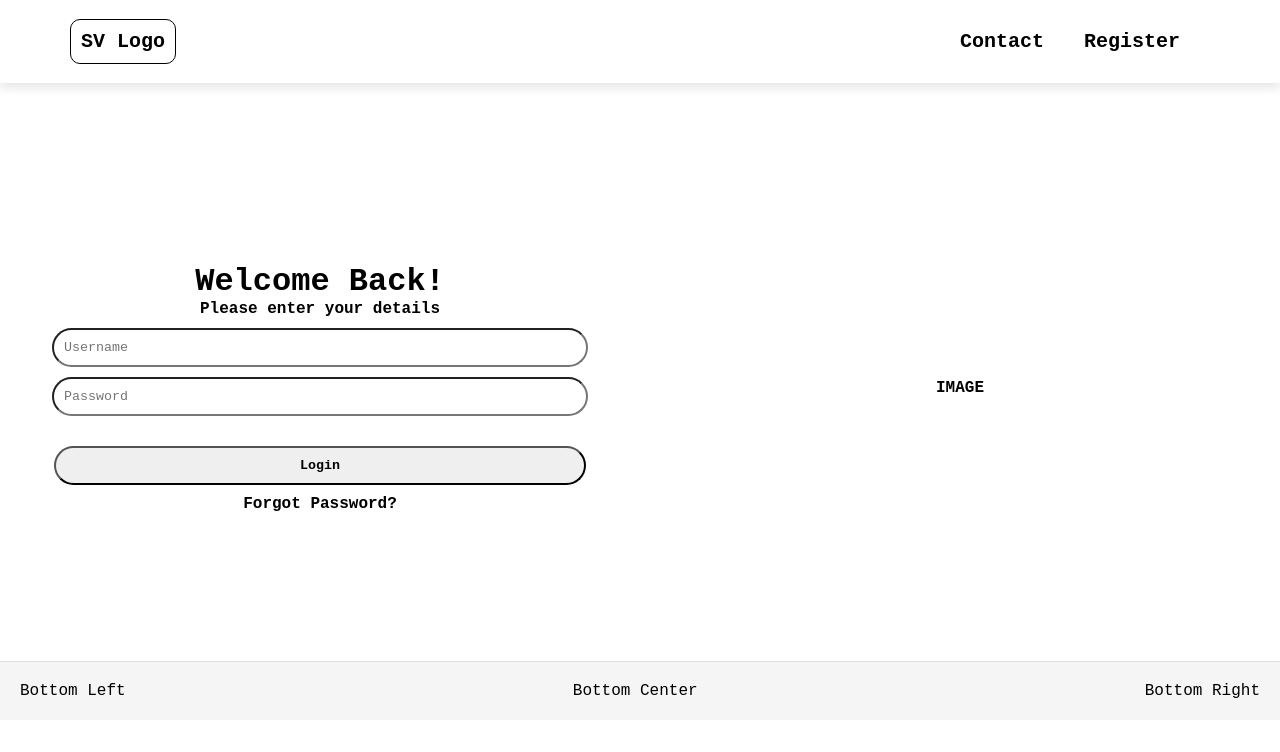
Repository: BuddhimaB/SecureVisionAI
Page: / (app in client/)
These files come from the project's save history. The page is drawn as it stood at one moment and after the next save; the edit follows.
The browser window is 1280 px wide. The pictures show the whole page.
The project was rebuilt for these pictures with package versions that can differ from the ones it lists, and the page was loaded fresh each time.

Above is the page before, as saved 2024-07-13 19:28:12.

### client/public/index.html
<!DOCTYPE html>
<html lang="en">
  <head>
    <meta charset="utf-8" />
    <link rel="icon" href="%PUBLIC_URL%/favicon.ico" />
    <meta name="viewport" content="width=device-width, initial-scale=1" />

    <meta
      name="description"
      content="Web site created using create-react-app"
    />
    <link rel="preconnect" href="https://fonts.googleapis.com">
<link rel="preconnect" href="https://fonts.gstatic.com" crossorigin>
<link href="https://fonts.googleapis.com/css2?family=Roboto:ital,wght@0,100;0,300;0,400;0,500;0,700;0,900;1,100;1,300;1,400;1,500;1,700;1,900&display=swap" rel="stylesheet">
<link rel="stylesheet" href="style.css">
    <title>SecureVision App</title>
  </head>
  <body>
    <noscript>You need to enable JavaScript to run this app.</noscript>
    <div id="root"></div>

  </body>
</html>

### client/src/App.js
import Login from "./Pages/Login/login";

function App() {
  return (
    <div className="App">
      <Login />
    </div>
  );
}

export default App;

### client/src/Pages/Login/login.jsx
import './Login.css'
import Topbar from '../../components/Topbar/Topbar'
import Bottom from '../../components/BottomDetails/Bottom'

export default function Login() {
  return (
    <div>
      <Topbar />
      <div className='feedContainer'>
        <div className="feedLeft">
          <h1>Welcome Back!</h1>
          <h4> Please enter your details</h4>
          <div className="inputField">
          <input
          className='inputField'
          type="text"
          placeholder="Username" />

          <input className='inputField'
          type="password"
          placeholder="Password" />
          </div>
          <button className="loginButton">Login</button>
          <span className='fogotPass'>Forgot Password?</span>
        </div>

        <div className="feedRight">
          <h4>IMAGE</h4>

        </div>
        </div>
        <Bottom />
    </div>
  )
}

### client/src/Pages/Login/Login.css
.feedContainer{
    display: flex;
    justify-content: center;
    align-items: center;


}
.feedLeft{
    display: flex;
    flex-direction: column;
    justify-content: center;
    align-items: center;
    width: 50%;
    height: calc(100vh - 110px);

}
.inputField{
    display: flex;
    justify-content: center;
    align-items: center;
    flex-direction: column;
    margin-bottom: 10px;
    padding: 10px;
    border-radius: 40px;
    width: 80%;
}
.inputField > input{
    width: 100%;
    padding: 10px;


    margin-bottom: 10px;
}
.loginButton{
    padding: 10px;
    border-radius: 40px;
    width: 83%;

    color:black;
    font-weight: 700;
    cursor: pointer;
    margin-bottom: 10px;
}
.loginButton:hover{
    background-color: #9b1cc2;
    color:white
}
.fogotPass{
    font-weight: 700;
    cursor: pointer;

}
.fogotPass:hover{
    color: #9b1cc2;
    text-decoration: underline;
}
.feedRight{
    display: flex;
    justify-content: center;
    align-items: center;
    width: 50%;
    height: calc(100vh - 1100px);
    background-color: #fff;
}

### client/src/components/Topbar/Topbar.jsx
import './Topbar.css'

export default function Topbar() {
  return (
    <div className='topbarContainer'>
        <div className="topbarLeft">
            <span className="logo">SV Logo</span>
        </div>

        <div className="topbarRight">
            <div className="topbarLinks">
                <span className="topbarLink">Contact</span>
                <span className="topbarLink">Register</span>
            </div>

        </div>

    </div>
  )
}

### client/src/components/BottomDetails/Bottom.jsx
import './Bottom.css'

export default function Bottom() {
  return (
    <div className='bottomContainer'>
        <div className='bottomLeft'>
            <span>Bottom Left</span>
        </div>
        <div className='bottomCenter'>
            <span>Bottom Center</span>
        </div>
        <div className='bottomRight'>
            <span>Bottom Right</span>
        </div>
    </div>
  )
}

### client/src/components/Topbar/Topbar.css
.topbarContainer{
    display: flex;
    justify-content: space-between;
    align-items: center;
    top: 0;
    z-index: 999;
    padding: 30px;
    background-color: #fff;
    box-shadow: 0 5px 10px rgba(0, 0, 0, 0.1);
    position: sticky;
}
.logo{
    font-size: 20px;
    font-weight: 700;
    border: 1px solid #000;
    padding: 10px;
    border-radius: 10px;
    margin-left: 40px;
}
.topbarRight{
    display: flex;
    align-items: center;
    margin-right: 40px;

}
.topbarLink{
    margin-right: 20px;
    font-size: 20px;
    font-weight: 700;
    padding: 10px;
    border-radius: 10px;
    cursor: pointer;
}
.topbarLink:hover{
    background-color: #9b1cc2;
    color: white;
}

### client/src/components/BottomDetails/Bottom.css
.bottomContainer{
    display: flex;
    justify-content: space-between;
    align-items: center;
    position: sticky;
    bottom: 0;
    padding: 20px;

    background-color: #f5f5f5;
    border-top: 1px solid #e0e0e0;
}

### client/public/style.css
*{
    margin: 0;
    font-family: 'Courier New', Courier, monospace;
}

Loaded but not shown: client/src/index.js (common file)

After the next save:
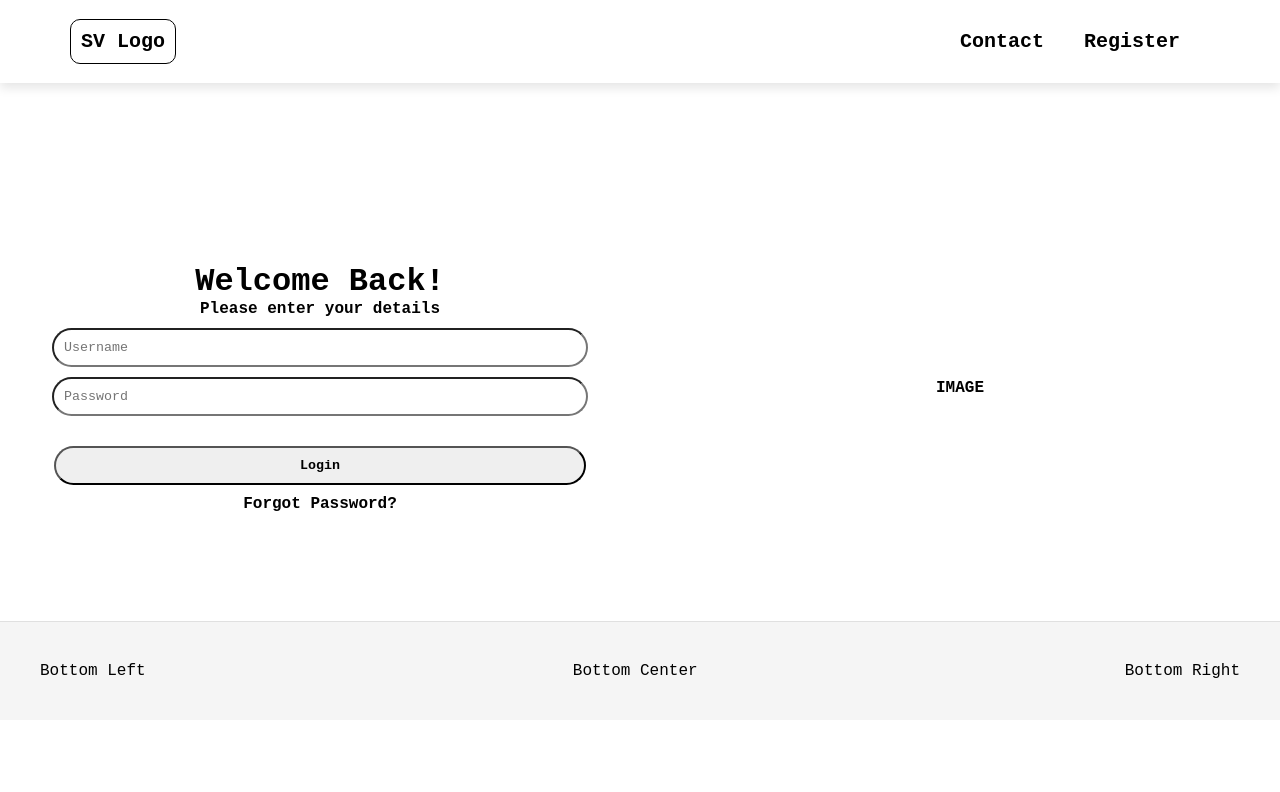
Saved 18 s later.
--- a/client/src/components/BottomDetails/Bottom.css
+++ b/client/src/components/BottomDetails/Bottom.css
@@ -4,7 +4,7 @@
     align-items: center;
     position: sticky;
     bottom: 0;
-    padding: 20px;
+    padding: 40px;
 
     background-color: #f5f5f5;
     border-top: 1px solid #e0e0e0;

After the save that followed:
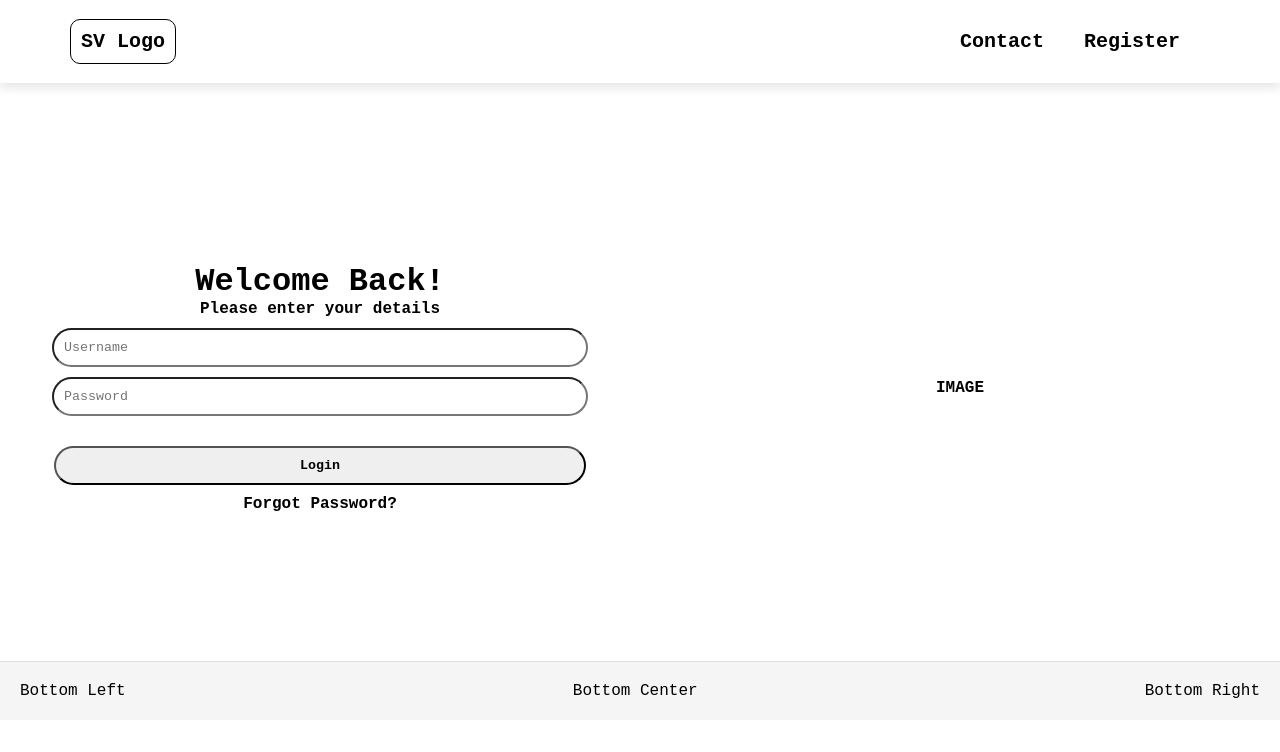
Saved 11 s later.
--- a/client/src/components/BottomDetails/Bottom.css
+++ b/client/src/components/BottomDetails/Bottom.css
@@ -4,7 +4,7 @@
     align-items: center;
     position: sticky;
     bottom: 0;
-    padding: 40px;
+    padding: 20px;
 
     background-color: #f5f5f5;
     border-top: 1px solid #e0e0e0;
